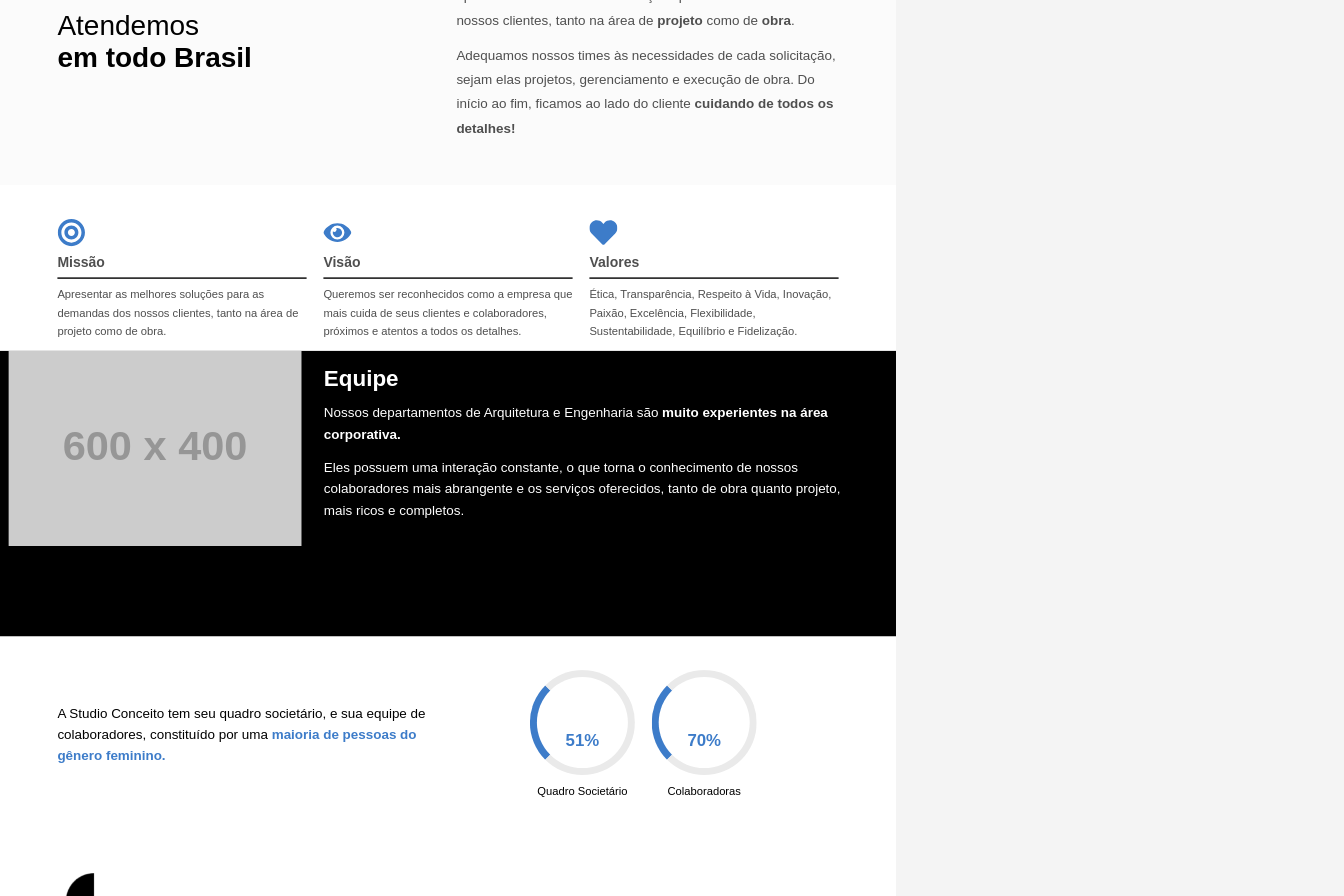
Repository: Upstairs-Agencia/studio-conceito-react
Page: /quem-somos
An editor plug-in stored every save of this project. The page is shown before and after the next save, followed by the edit.
The browser window is 1280 px wide. The page is 1920 px wide, so the pictures cover 1920 px, including what lies to the right of the window. The pictures show the part of the page from y = 1896 to 3176 px (the page is 3363 px tall), at 70% of full size.
The project was rebuilt for these pictures with package versions that can differ from the ones it lists, and the page was loaded fresh each time. Also part of the build but not shown: src/pages/Home.js, src/pages/Servicos.js, src/styles/cases.css, src/pages/Cases.js, src/pages/Blog.js, src/pages/Clientes.js, src/pages/Contato.js.

Above is the page before, as saved 2024-12-29 12:49:18.

After the next save:
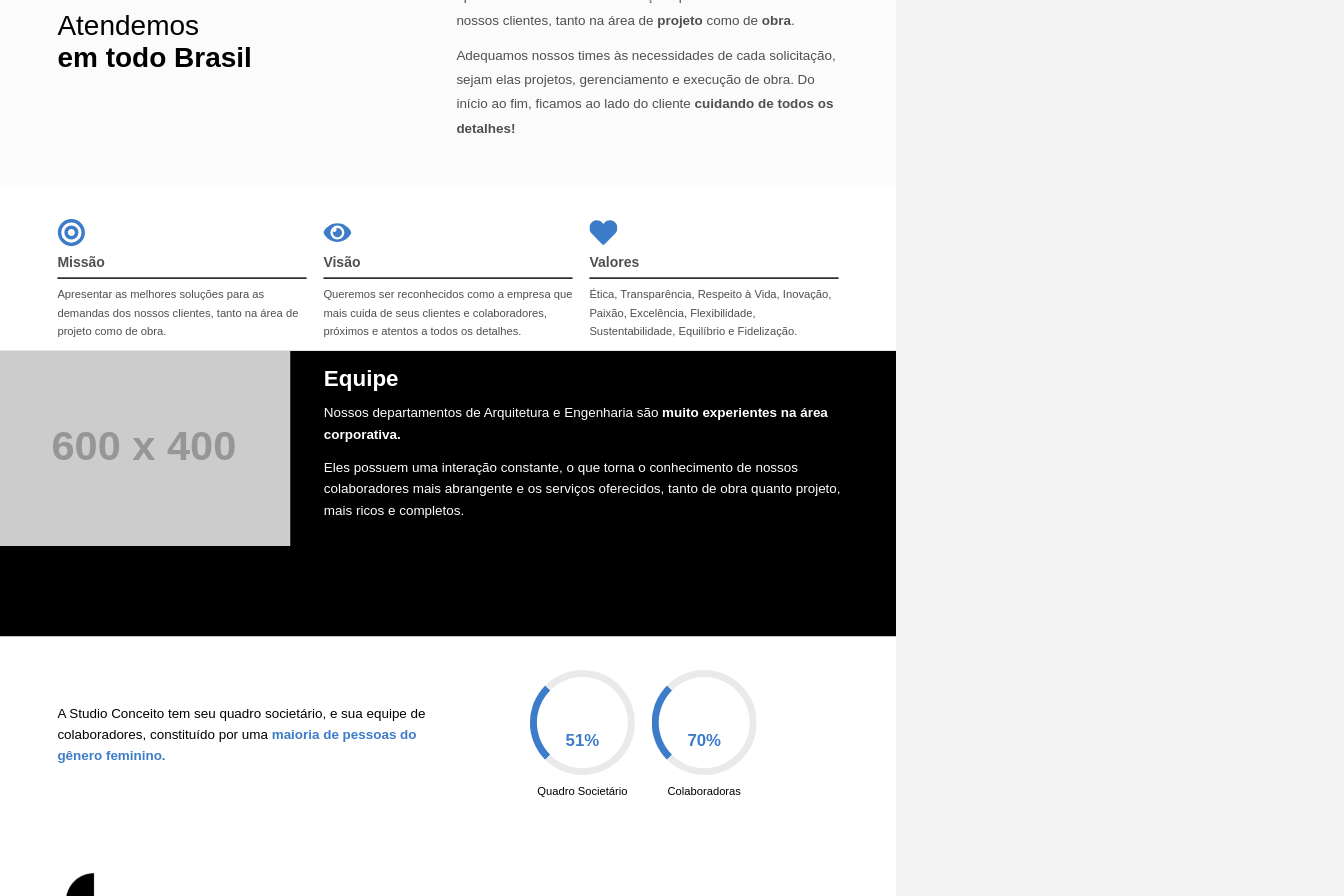
Saved 17 s later.
--- a/src/styles/quemsomos.css
+++ b/src/styles/quemsomos.css
@@ -63,6 +63,7 @@
     object-fit: cover;
     height: 100%;
     width: 100%;
+    margin-left: -1rem;
   }
 
   .equipe-text {
